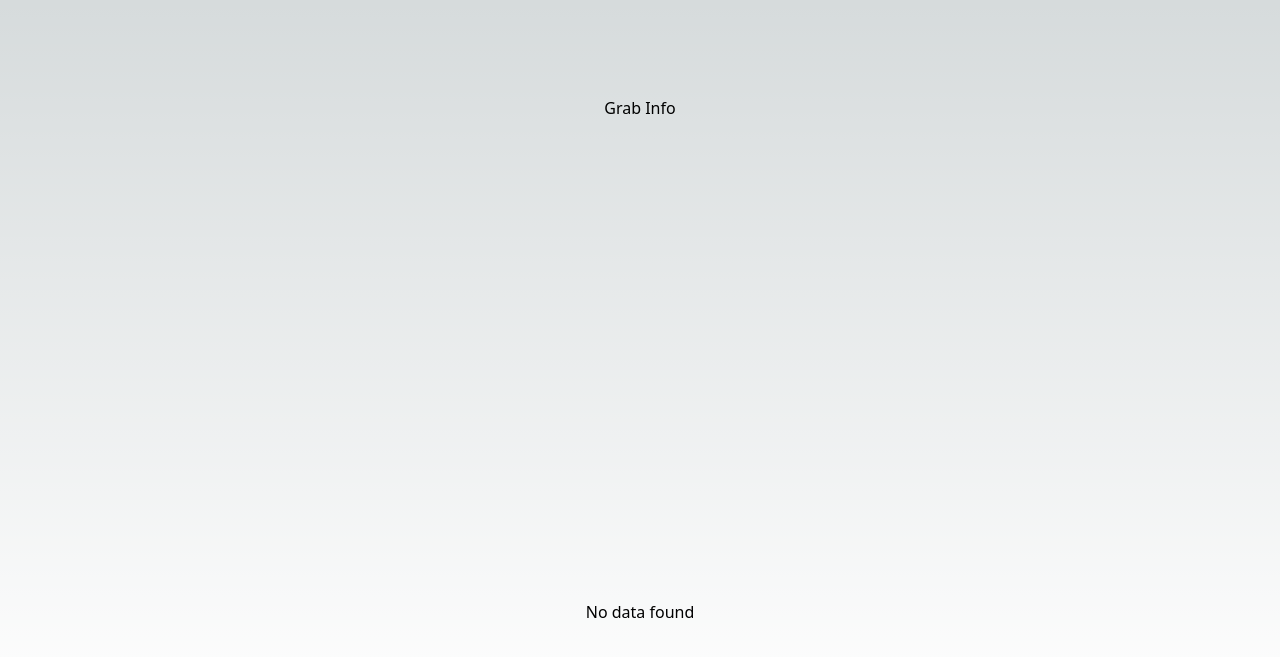
Repository: Haydenleung/weather-app-2024
Page: /
The author's editor kept a copy of each file at every save. The page is drawn from the files as they stood at one save, then again after the next save.
The browser window is 1280 px wide. The pictures show the whole page.
The project was rebuilt for these pictures with package versions that can differ from the ones it lists, and the page was loaded fresh each time. The framework's server and built-in components were replaced by stand-ins that run in the browser. Also part of the build but not shown: next.config.mjs.

Above is the page before, as saved 2024-02-08 12:32:09.

### src/pages/index.tsx
import Image from "next/image";
import { useState } from 'react';
import { parseString } from 'xml2js';

import Container from "@/components/Container";

export default function Home() {
  var apiKey = "1166e5ad9804e768305a6f5ad6b1e21c"
  var cityName = "london"
  var currentUrl = `https://api.openweathermap.org/data/2.5/weather?q=${cityName}&units=metric&appid=${apiKey}`;
  var currentUrlXML = `https://api.openweathermap.org/data/2.5/weather?q=${cityName}&mode=xml&appid=${apiKey}`;
  // var forecasrUrl = `https://api.nasa.gov/EPIC/api/natural/date/2019-05-30?api_key=${apiKey}`;



  const [data, setData] = useState<IWeatherProps[]>([]);
  const [date, setDate] = useState<IDateProps[]>([]);


  const GrabInfo = () => {
    fetch(currentUrl)
      .then((res) => {
        return res.json()
      })
      .then((data) => {
        // console.log((data));
        setData([data]);
      })
    fetch(currentUrlXML)
      .then((res) => {
        return res.text()
      })
      .then((date) => {
        parseString(date, (err: any, result: any) => {
          setDate([result]);
          console.log([result])
        })
      })
  }

  return (
    <main className={`flex min-h-screen flex-col items-center justify-between p-24`} >
      <button onClick={() => GrabInfo()}>Grab Info</button>
      <Container data={data} date={date} />
    </main>
  );
}

### src/components/Container/index.tsx
export default function Container(
    props: { data: IWeatherProps[], date: any }
) {
    if (!props.data?.length) {
        return (
            <div>
                <h1>No data found</h1>
            </div>
        )
    }

    return (
        <>
            {
                console.log(props.data)
            }
            {
                console.log(props.date)
            }
            {
                props.date && props.date.map((item: IDateProps, index: number) => {
                    return (
                        <div key={index} style={{ margin: '15px' }}>
                            {
                                item.current.lastupdate && item.current.lastupdate.map((single: IDateExactProps, indexTwo: number) => {
                                    return (
                                        <div key={indexTwo} >
                                            {single.$.value}
                                        </div>
                                    )
                                })
                            }
                        </div>
                    )
                })
            }
            {
                props.data && props.data.map((item: IWeatherProps, index: number) => {
                    return (
                        <div key={index} style={{ margin: '15px' }}>
                            <div>{item.main.temp}</div>
                            {
                                item.weather && item.weather.map((single: IWeatherSingleProps, indexTwo: number) => {
                                    return (
                                        <div key={indexTwo} >
                                            {single.main}
                                        </div>
                                    )
                                })
                            }
                            <div>{item.weather.main}</div>
                            <div>{item.wind.speed}</div>
                        </div>
                    )
                })
            }
        </>
    )
}

Loaded but not shown: src/pages/_app.tsx (common file); src/pages/_document.tsx (common file); src/styles/globals.css (common file); tailwind.config.ts (common file)

After the next save:
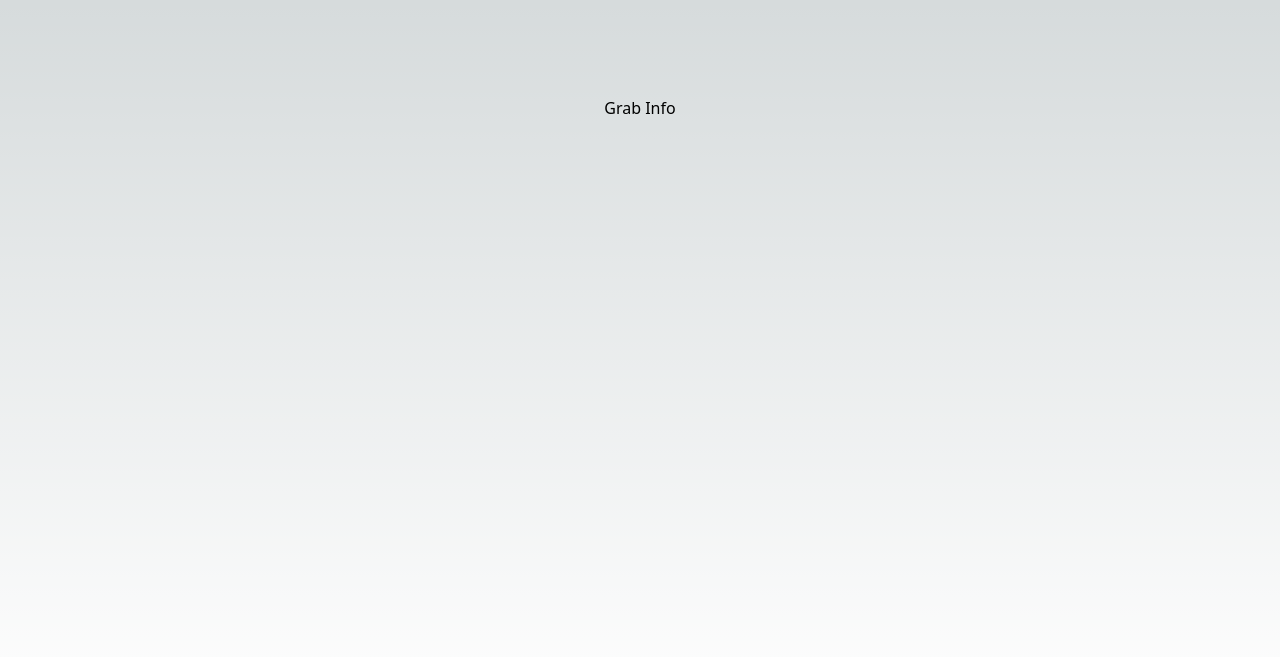
Saved 54 s later.
--- a/src/components/Container/index.tsx
+++ b/src/components/Container/index.tsx
@@ -1,14 +1,6 @@
 export default function Container(
     props: { data: IWeatherProps[], date: any }
 ) {
-    if (!props.data?.length) {
-        return (
-            <div>
-                <h1>No data found</h1>
-            </div>
-        )
-    }
-
     return (
         <>
             {
